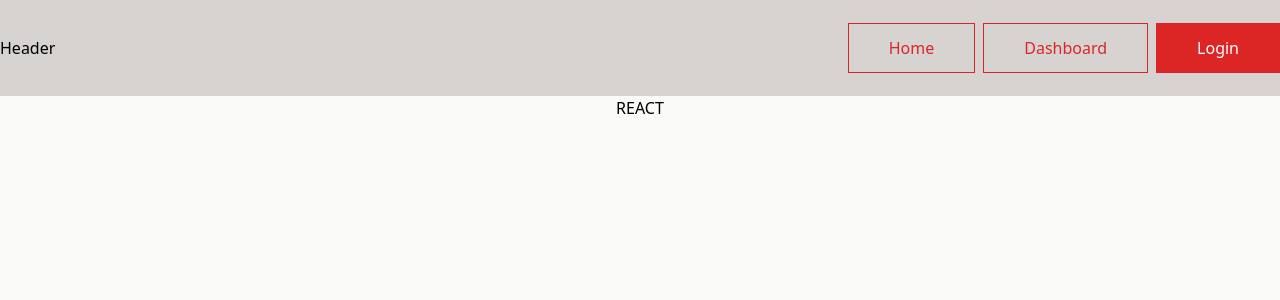
Repository: XavierOtavio/Cuzinhas
Page: /
The author's editor kept a copy of each file at every save. The page is drawn from the files as they stood at one save, then again after the next save.
The browser window is 1280 px wide. The pictures show the whole page.
The project was rebuilt for these pictures with package versions that can differ from the ones it lists, and the page was loaded fresh each time. Also part of the build but not shown: src/components/Dashboard.js.

Above is the page before, as saved 2023-03-08 12:27:34.

### src/App.js
import { BrowserRouter, Route, Routes } from "react-router-dom";
import logo from "./logo.svg";
import "./App.css";
import Header from "./components/Header";
import Dashboard from "./components/Dashboard";

function App() {
  return (
    <div className="App">
      <Routes>
        <Route
          path="/"
          element={
            <div className="bg-stone-50 h-screen">
              <Header />
              REACT
            </div>
          }
        />
        <Route path="/dashboard" element={<Dashboard />} />
      </Routes>
    </div>
  );
}

export default App;

### src/components/Header.js
import React from "react";
import { Link } from "react-router-dom";

function Header() {
  return (
    <div className="bg-stone-300 h-24 justify-center items-center flex">
      <h1>Header</h1>
      <div className="w-full flex align-baseline justify-end">
        <Link to="/">
          <button class="block border border-red-600 bg-stone-300 px-10 py-3 text-red-600 ml-2 font-medium">
            Home
          </button>
        </Link>
        <Link to="/dashboard">
          <button class="block border border-red-600 bg-stone-300 px-10 py-3 text-red-600 ml-2 font-medium">
            Dashboard
          </button>
        </Link>
        <Link to="/login">
          <button class="block border border-red-600 bg-red-600 px-10 py-3 text-white ml-2 font-medium">
            Login
          </button>
        </Link>
      </div>
    </div>
  );
}

export default Header;

Loaded but not shown: public/index.html (common file); src/index.js (common file); src/index.css (common file); src/reportWebVitals.js (common file); src/App.css (common file); tailwind.config.js (common file)

After the next save:
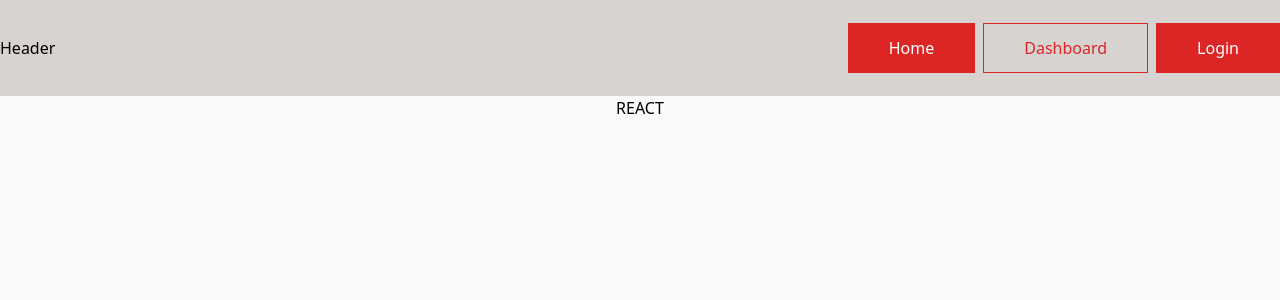
Saved 5 s later.
--- a/src/components/Header.js
+++ b/src/components/Header.js
@@ -7,7 +7,7 @@ function Header() {
       <h1>Header</h1>
       <div className="w-full flex align-baseline justify-end">
         <Link to="/">
-          <button class="block border border-red-600 bg-stone-300 px-10 py-3 text-red-600 ml-2 font-medium">
+          <button class="block border border-red-600 bg-red-600 px-10 py-3 text-white ml-2 font-medium">
             Home
           </button>
         </Link>
